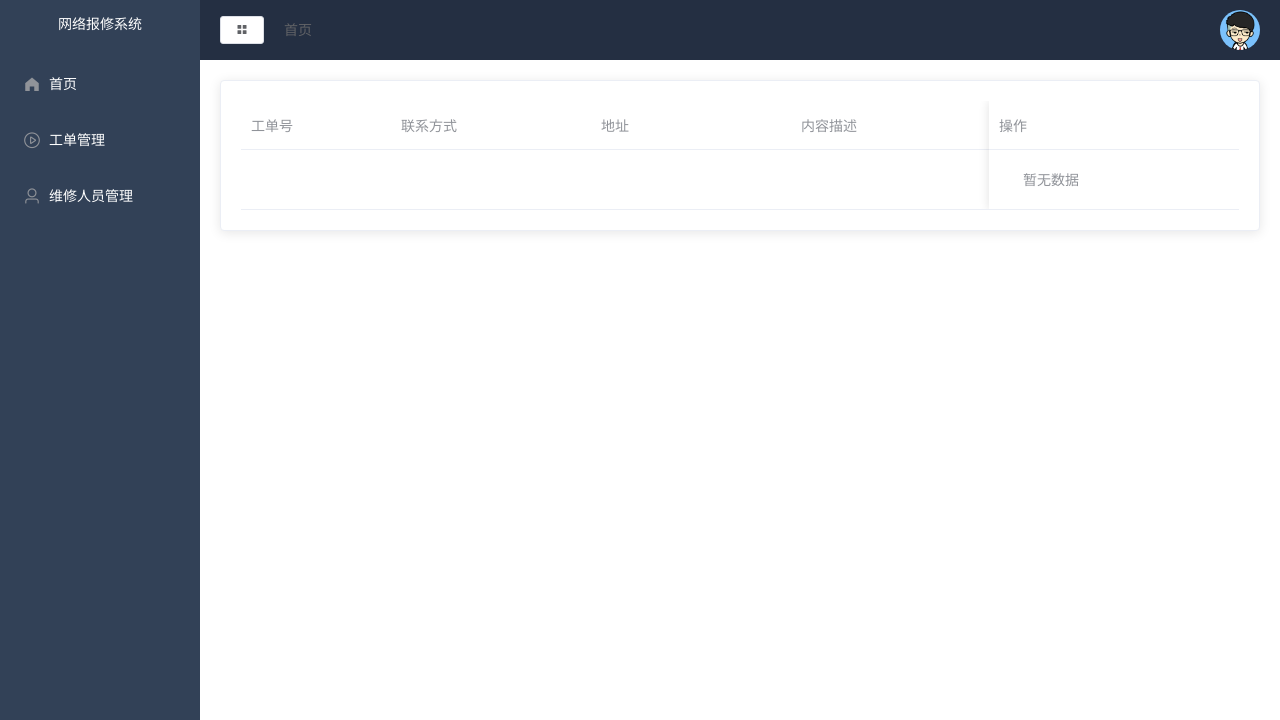
Repository: LtheW/vue
Page: /form
The author's editor kept a copy of each file at every save. The page is drawn from the files as they stood at one save, then again after the next save.
The browser window is 1280 px wide. The pictures show the whole page.
The page's requests for data from a server got no answer. The project was rebuilt for these pictures with package versions that can differ from the ones it lists, and the page was loaded fresh each time. No one was signed in, and anything a server would have sent is missing. Also part of the build but not shown: vue.config.js, src/components/CommonTag.vue, src/views/Submit.vue, src/views/Maintainer/Add.vue.

Above is the page before, as saved 2022-03-31 16:30:13.

After the next save:
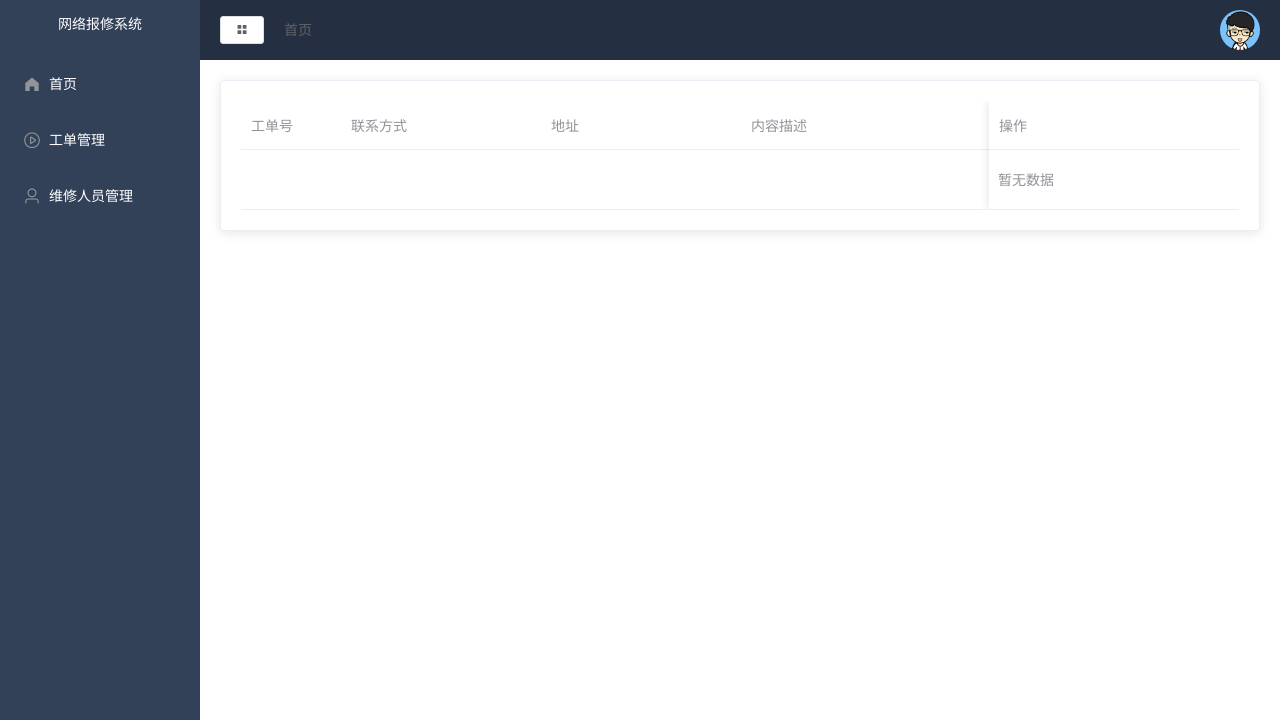
Saved 108 s later.
--- a/src/views/Form/Form.vue
+++ b/src/views/Form/Form.vue
@@ -8,7 +8,7 @@
       fixed
       prop="workorderNumber"
       label="工单号"
-      width="150">
+      width="100">
     </el-table-column>
     <el-table-column
       prop="contactInformation"
